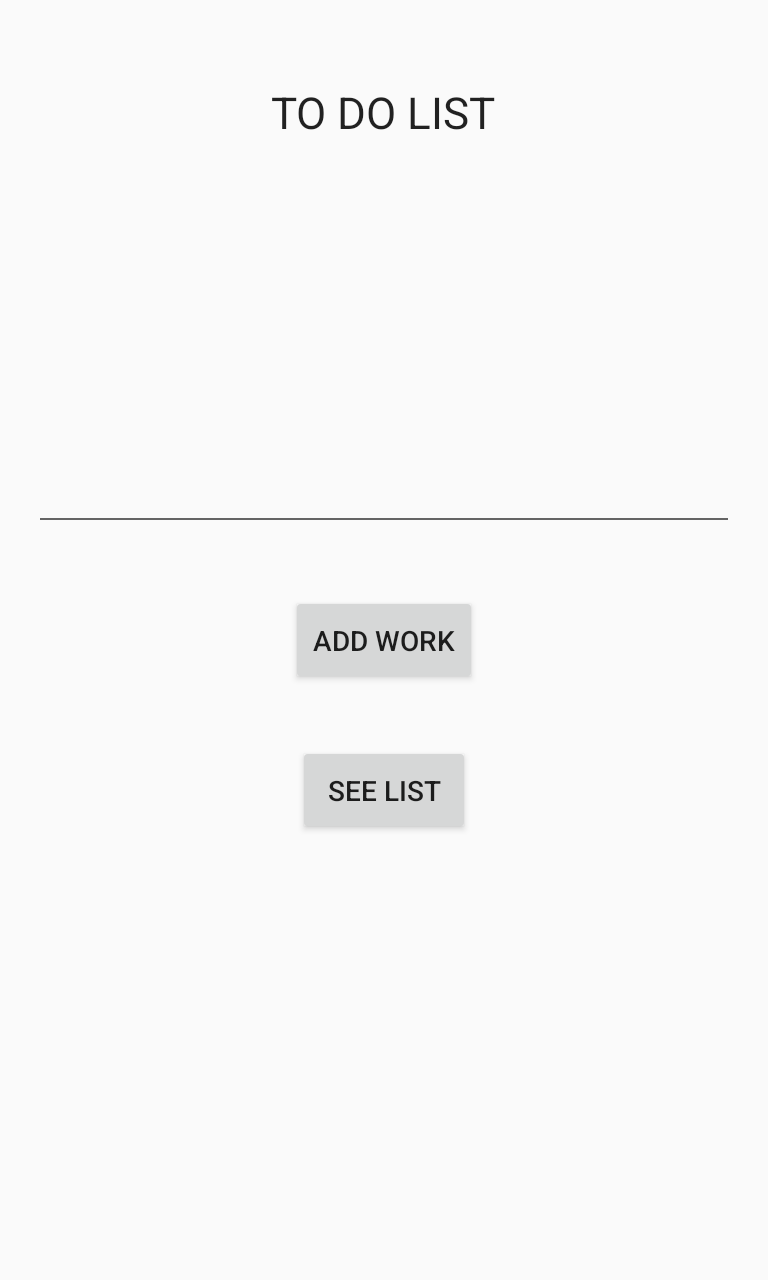
Repository: KibaD/HILLIQUINDOUMBIA
Layout: workspace/Todo_List/res/layout/activity_main.xml
The author's editor kept a copy of each file at every save. The layout is drawn from the files as they stood at one save, then again after the next save.
It is drawn on a 768 x 1280 px phone screen (xhdpi) without system bars, with theme AppTheme; the app's code is not run.

Above is the layout before, as saved 2015-01-05 16:20:27.

After the next save:
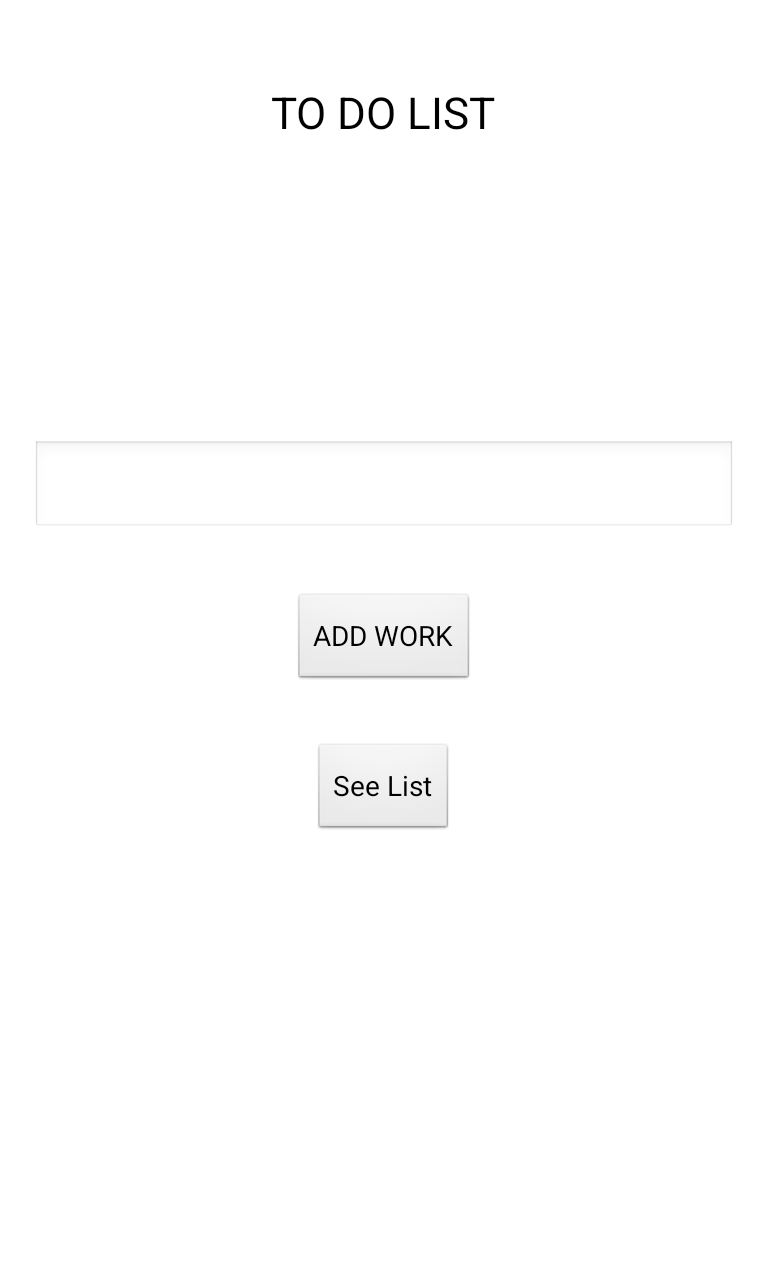
Saved 4 min 59 s later.
--- a/workspace/Todo_List/res/values/styles.xml
+++ b/workspace/Todo_List/res/values/styles.xml
@@ -1,20 +1,22 @@
-<resources>
+<!-- <resources>
 
-    <!--
         Base application theme, dependent on API level. This theme is replaced
         by AppBaseTheme from res/values-vXX/styles.xml on newer devices.
-    -->
+
     <style name="AppBaseTheme" parent="Theme.AppCompat.Light">
-        <!--
             Theme customizations available in newer API levels can go in
             res/values-vXX/styles.xml, while customizations related to
             backward-compatibility can go here.
-        -->
+
     </style>
 
-    <!-- Application theme. -->
     <style name="AppTheme" parent="AppBaseTheme">
-        <!-- All customizations that are NOT specific to a particular API-level can go here. -->
+        <!-- All customizations that are NOT specific to a particular API-level can go here.
     </style>
 
-</resources>
+</resources> -->
+<resources>
+
+	    <style name="AppTheme" parent="android:Theme.Light" />
+
+	</resources>

After the save that followed:
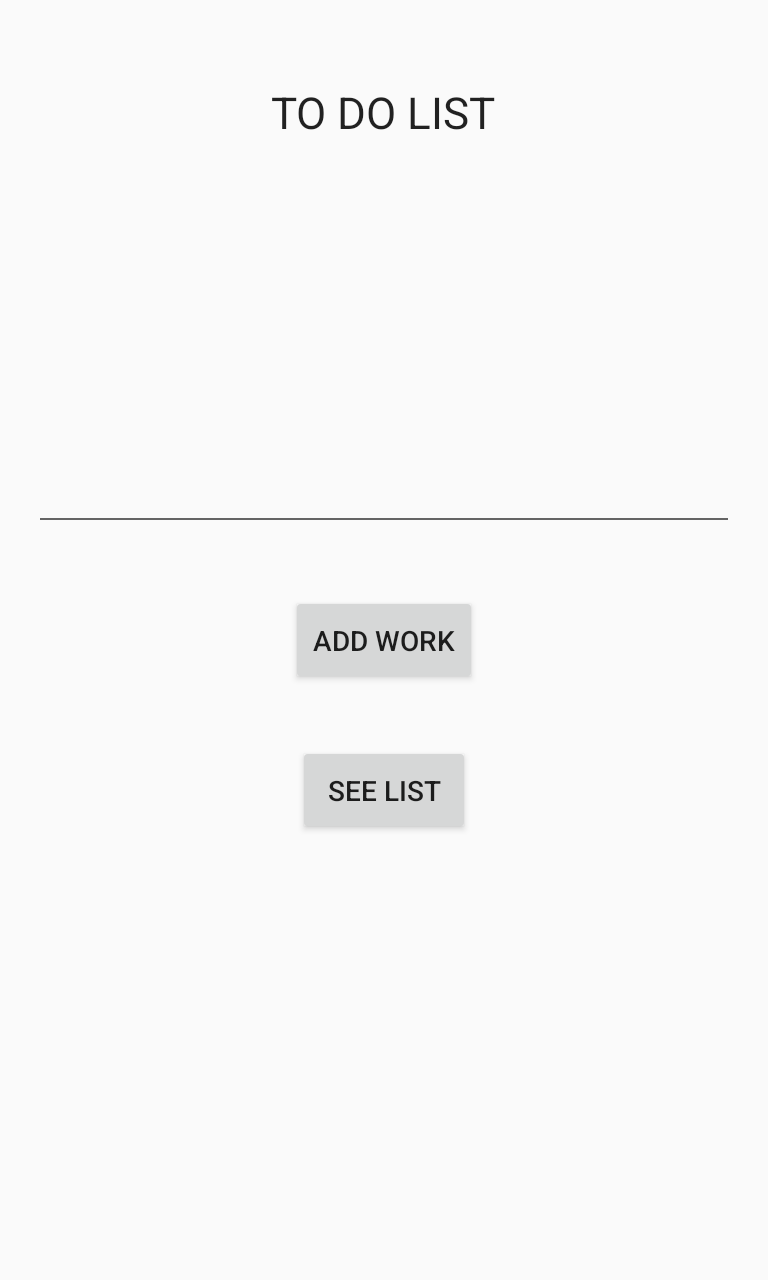
Saved 38 s later.
--- a/workspace/Todo_List/res/values/styles.xml
+++ b/workspace/Todo_List/res/values/styles.xml
@@ -1,22 +1,20 @@
-<!-- <resources>
+<resources>
 
+    <!--
         Base application theme, dependent on API level. This theme is replaced
         by AppBaseTheme from res/values-vXX/styles.xml on newer devices.
-
+    -->
     <style name="AppBaseTheme" parent="Theme.AppCompat.Light">
+        <!--
             Theme customizations available in newer API levels can go in
             res/values-vXX/styles.xml, while customizations related to
             backward-compatibility can go here.
-
+        -->
     </style>
 
+    <!-- Application theme. -->
     <style name="AppTheme" parent="AppBaseTheme">
-        <!-- All customizations that are NOT specific to a particular API-level can go here.
+        <!-- All customizations that are NOT specific to a particular API-level can go here. -->
     </style>
 
-</resources> -->
-<resources>
-
-	    <style name="AppTheme" parent="android:Theme.Light" />
-
-	</resources>
+</resources>
